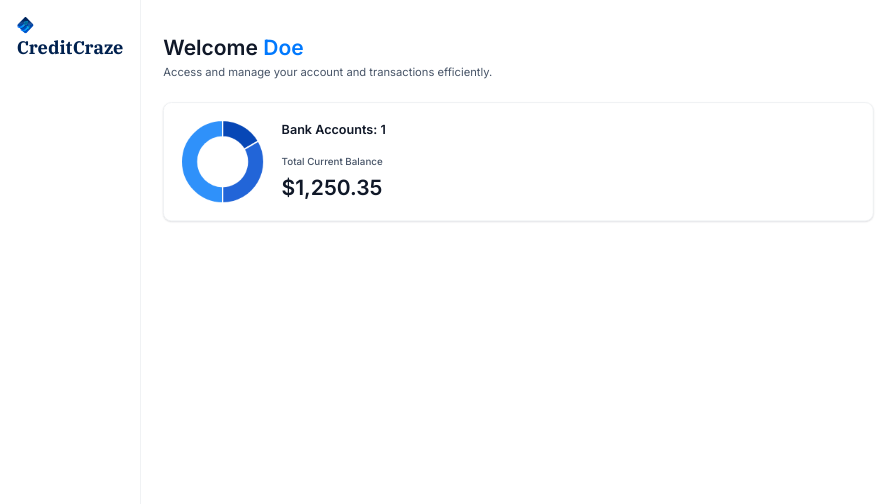
Repository: akinolapo/creditcraze
Page: /
The author's editor kept a copy of each file at every save. The page is drawn from the files as they stood at one save, then again after a run of saves.
The browser window is 1280 px wide. The pictures show the part of the page from y = 0 to 1920 px (the page is 720 px tall before and 3079 px after), at 70% of full size.
The project was rebuilt for these pictures with package versions that can differ from the ones it lists, and the page was loaded fresh each time. The framework's server and built-in components were replaced by stand-ins that run in the browser. Also part of the build but not shown: next.config.mjs.

Above is the page before, as saved 2024-07-01 09:32:22.

After the next 2 saves:
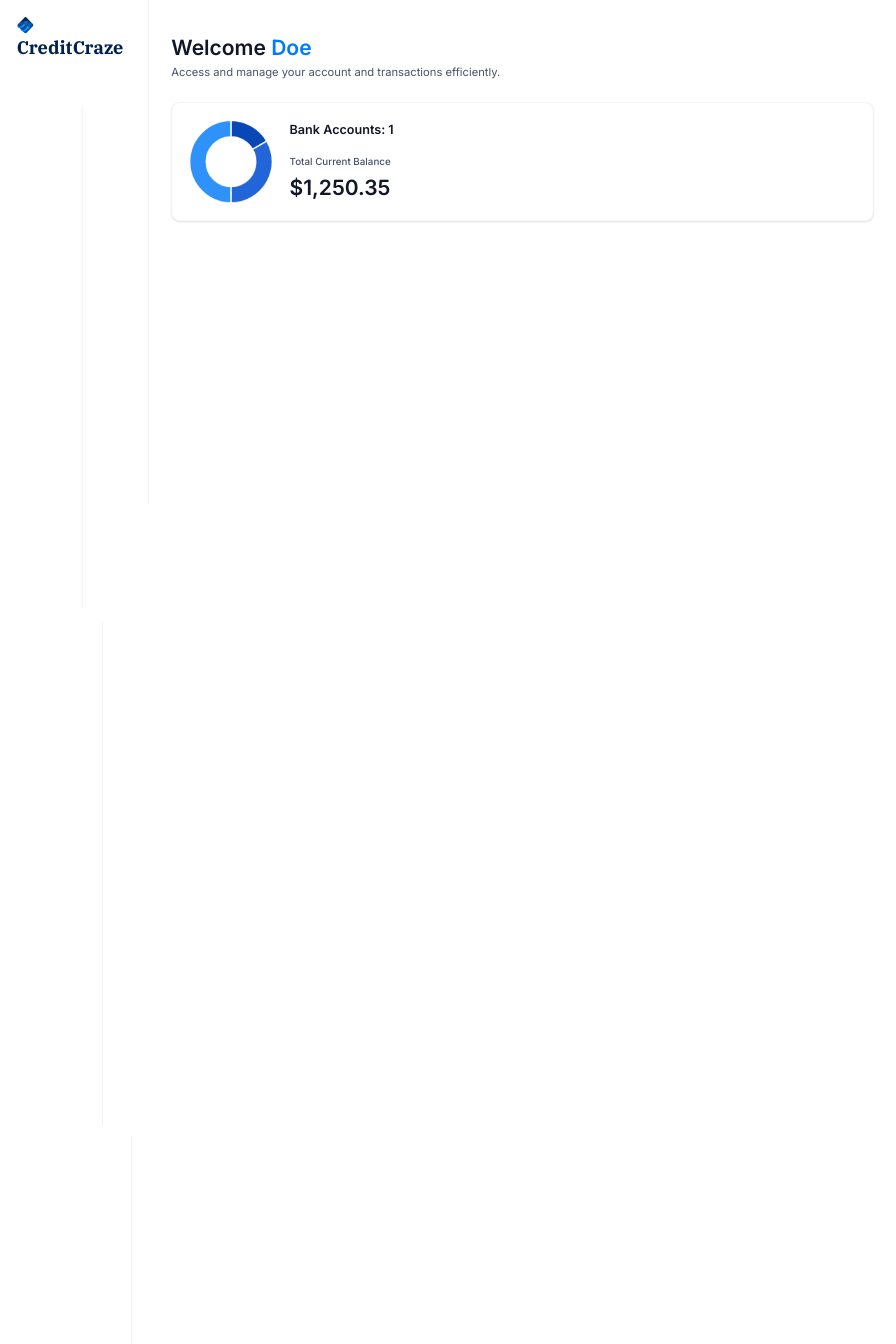
The 2 saves are shown as one change because they came seconds apart.
The last was saved 6 s later.
--- a/components/Sidebar.tsx
+++ b/components/Sidebar.tsx
@@ -24,7 +24,7 @@
                     <Link
                         href={item.route}
                         key={item.label}
-                        className={cn('')}
+                        className={cn('sidebar')}
                         >
                             {item.label}
                     </Link>

After the save that followed:
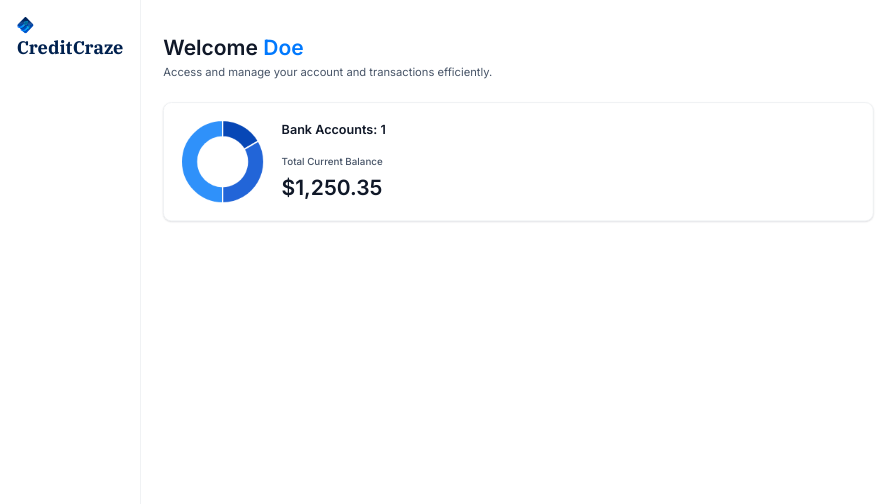
Saved 5 s later.
--- a/components/Sidebar.tsx
+++ b/components/Sidebar.tsx
@@ -24,7 +24,7 @@
                     <Link
                         href={item.route}
                         key={item.label}
-                        className={cn('sidebar')}
+                        className={cn('sidebar-link')}
                         >
                             {item.label}
                     </Link>
